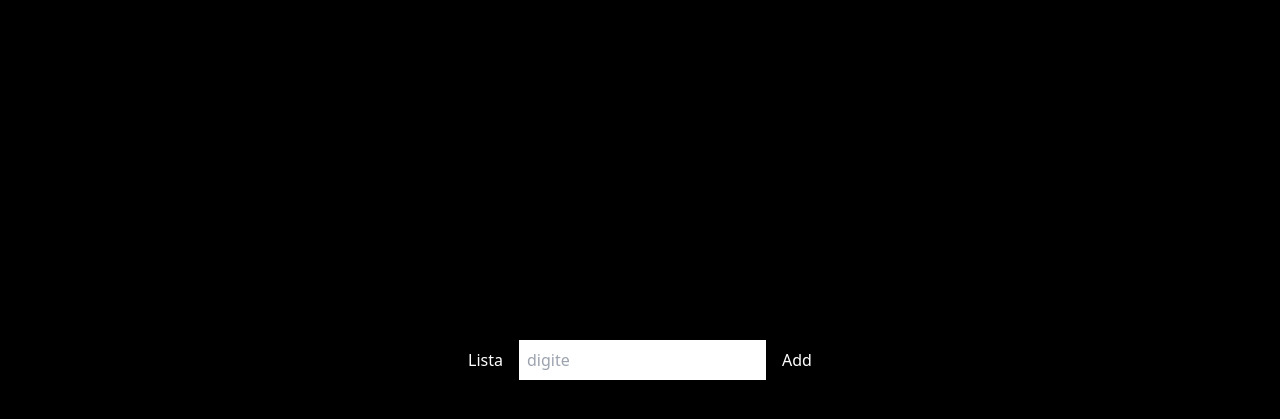
Repository: LuisSempre/FundamentosReact
Page: /
The author's editor kept a copy of each file at every save. The page is drawn from the files as they stood at one save, then again after the next save.
The browser window is 1280 px wide. The pictures show the whole page.
The project was rebuilt for these pictures with package versions that can differ from the ones it lists, and the page was loaded fresh each time. Also part of the build but not shown: vite.config.js.

Above is the page before, as saved 2022-06-28 17:23:48.

### src/main.jsx
import React from 'react'
import ReactDOM from 'react-dom/client'
import { Home } from './pages/Home'
import './index.css'

ReactDOM.createRoot(document.getElementById('root')).render(
  <React.StrictMode>
    <Home />
  </React.StrictMode>
)

### src/pages/Home.jsx
export function Home() {
  return (
    <div className="min-h-screen bg-black flex space-x-4 items-center justify-center text-white">
      <div>
        <h1>Lista</h1>
      </div>
      <div>
        <input className="px-2 py-2" type="text" placeholder="digite" />
      </div>
      <div>
        <button>Add</button>
      </div>
    </div>
  );
}

Loaded but not shown: index.html (common file); src/index.css (common file); tailwind.config.js (common file)

After the next save:
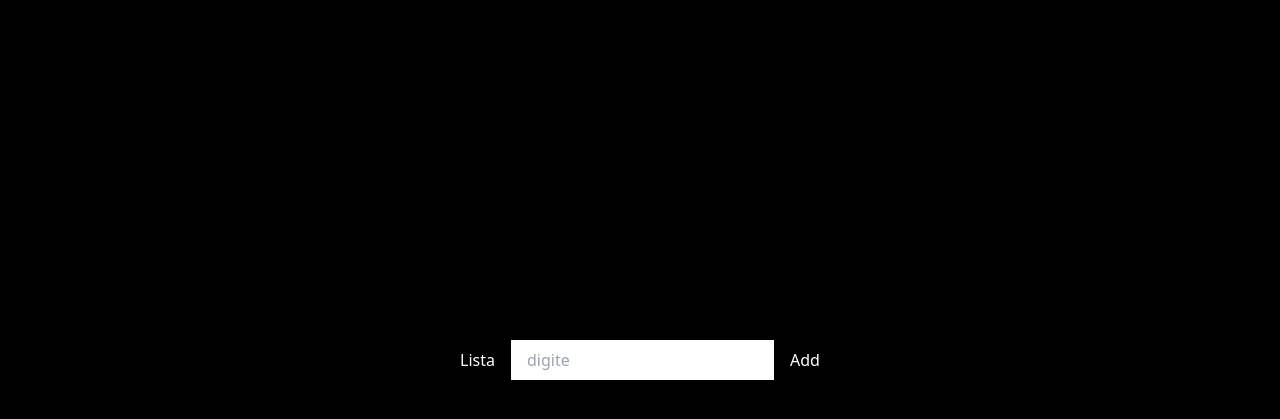
Saved 4 s later.
--- a/src/pages/Home.jsx
+++ b/src/pages/Home.jsx
@@ -5,7 +5,7 @@ export function Home() {
         <h1>Lista</h1>
       </div>
       <div>
-        <input className="px-2 py-2" type="text" placeholder="digite" />
+        <input className="px-4 py-2" type="text" placeholder="digite" />
       </div>
       <div>
         <button>Add</button>
